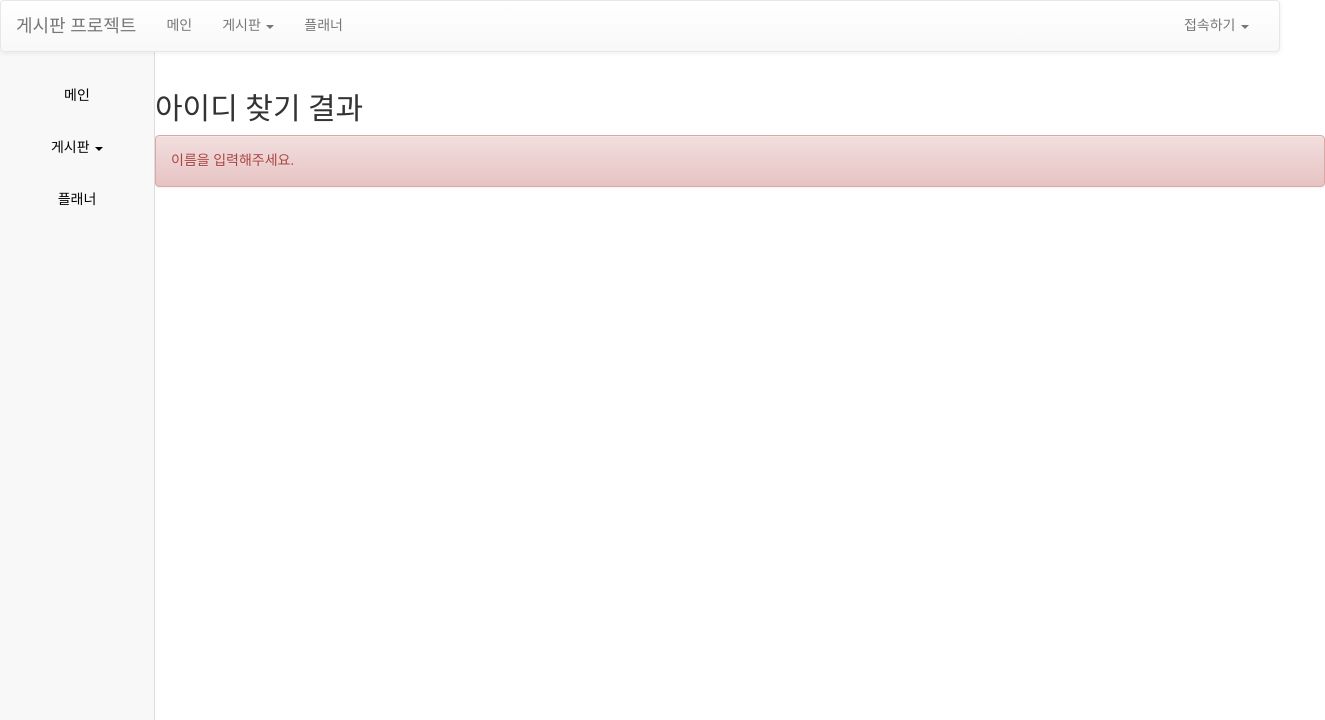
Repository: Seok7975/Project_PlannerSharingBoard
Page: http://localhost/ToDoList공유_게시판_ver3/id/findIdAction.jsp
These files come from the project's save history. The page is drawn as it stood at one moment and after the next save; the edit follows.
The browser window is 1280 px wide. The page is 1325 px wide, so the pictures cover 1325 px, including what lies to the right of the window. The pictures show the whole page.
Some web fonts or font styles are not loaded; a fallback is used. Some web libraries are served in a nearby version. The page is served by Tomcat 9.

Above is the page before, as saved 2024-07-05 08:23:52.

After the next save:
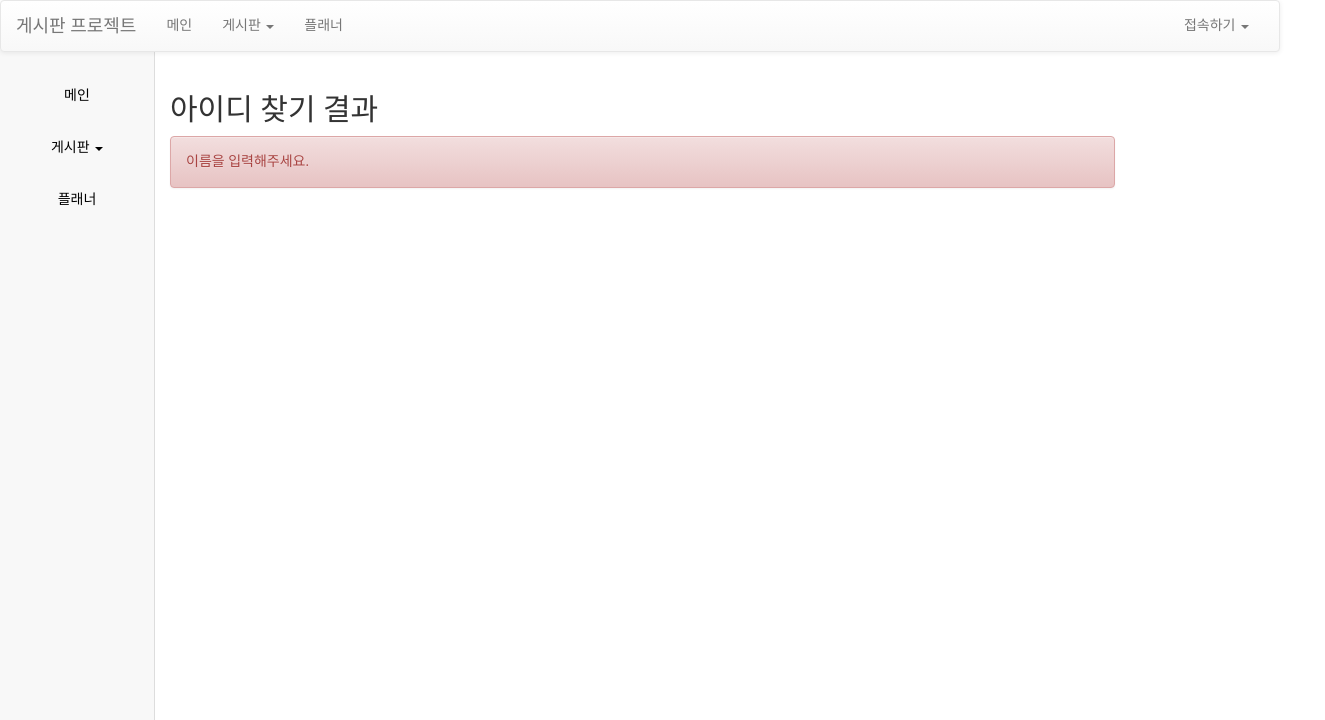
Saved 11 s later.
--- a/List_Projects_ver3/ToDoList공유 게시판_ver3/src/main/webapp/id/showUserID.jsp
+++ b/List_Projects_ver3/ToDoList공유 게시판_ver3/src/main/webapp/id/showUserID.jsp
@@ -22,7 +22,7 @@
     .main-content {
         margin-left: 0;
     }
-    .col-xs-20 {
+    .col-xs-12 {
         width: 100%;
         padding: 0;
     }
@@ -85,7 +85,7 @@
     <div class="container main-content">
         <div class="row">
 	        <div class="col-lg-4 col-md-3 col-sm-2 col-xs-1"></div>
-	        <div class="col-xs-20">
+	        <div class="col-xs-10">
 	                <h2>아이디 찾기 결과</h2>
 	                <%
 	                    String userID = (String) request.getAttribute("userID");
